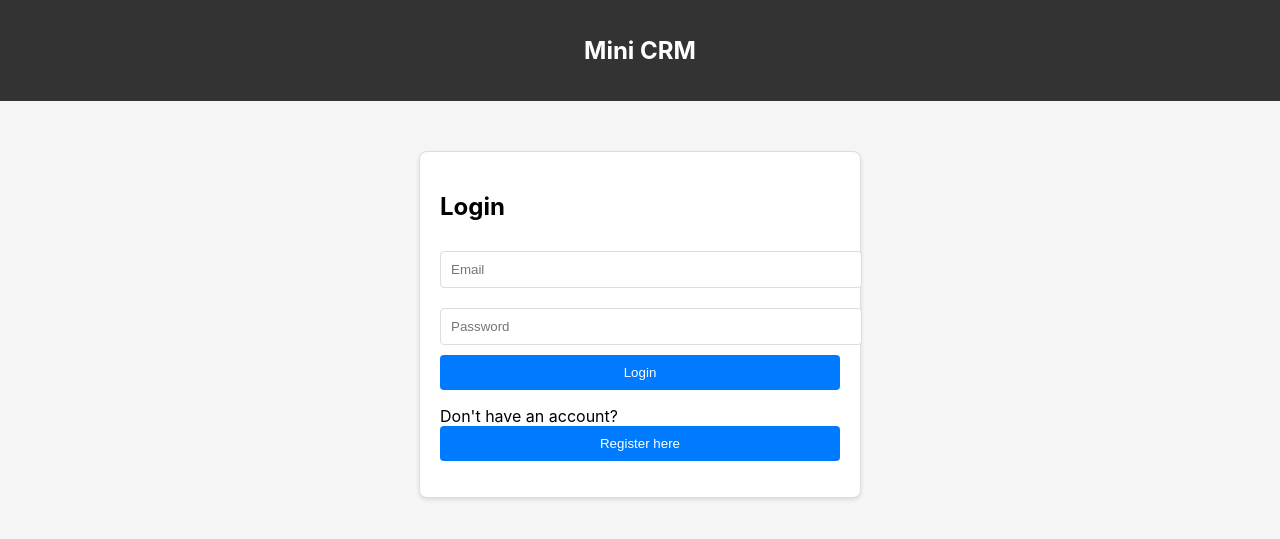
Repository: KarthikMallareddy/Mini-CRM
Page: / (app in frontend/)
These files come from the project's save history. The page is drawn as it stood at one moment and after the next save; the edit follows.
The browser window is 1280 px wide. The pictures show the whole page.
The project was rebuilt for these pictures with package versions that can differ from the ones it lists, and the page was loaded fresh each time. Also part of the build but not shown: frontend/src/components/CustomerList.js, frontend/src/components/CustomerDetail.js, frontend/src/components/LeadList.js, frontend/src/components/LeadForm.js, frontend/src/pages/Register.js, frontend/src/pages/Dashboard.js.

Above is the page before, as saved 2025-09-14 00:35:09.

After the next save:
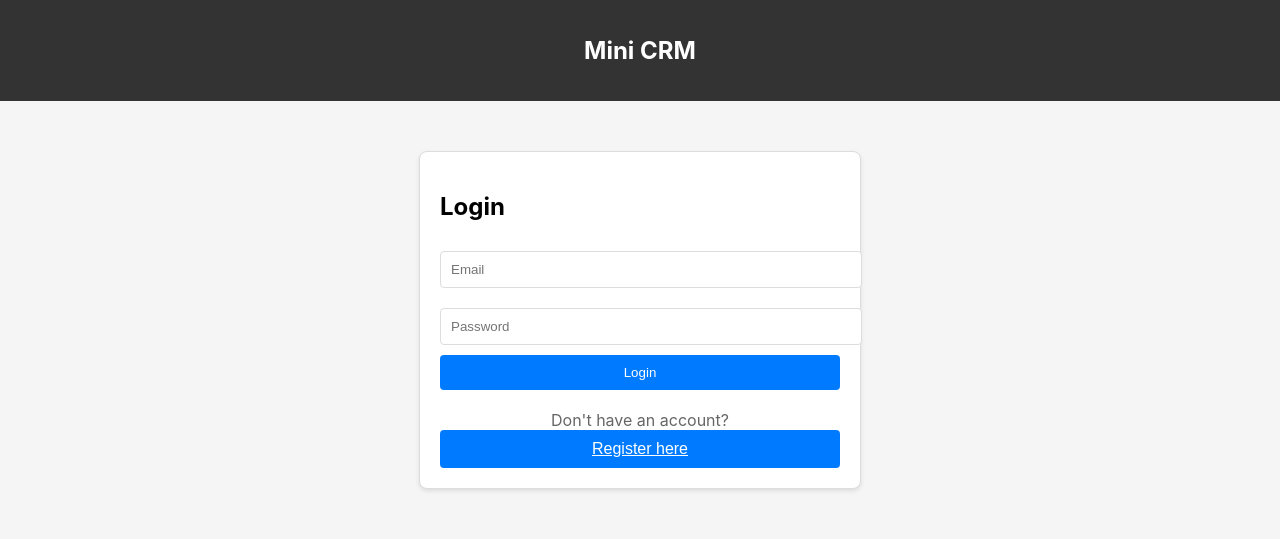
Saved 15 s later.
--- a/frontend/src/index.css
+++ b/frontend/src/index.css
@@ -248,6 +248,32 @@ body {
   color: #999;
 }
 
+/* Authentication Navigation Links */
+.auth-link {
+  text-align: center;
+  margin-top: 20px;
+}
+
+.auth-link p {
+  color: #666;
+  margin: 0;
+}
+
+.link-button {
+  background: none;
+  border: none;
+  color: #007bff;
+  text-decoration: underline;
+  cursor: pointer;
+  font-size: inherit;
+  padding: 0;
+  margin: 0;
+}
+
+.link-button:hover {
+  color: #0056b3;
+}
+
 /* Responsive Design */
 @media (max-width: 768px) {
   .dashboard-content {
